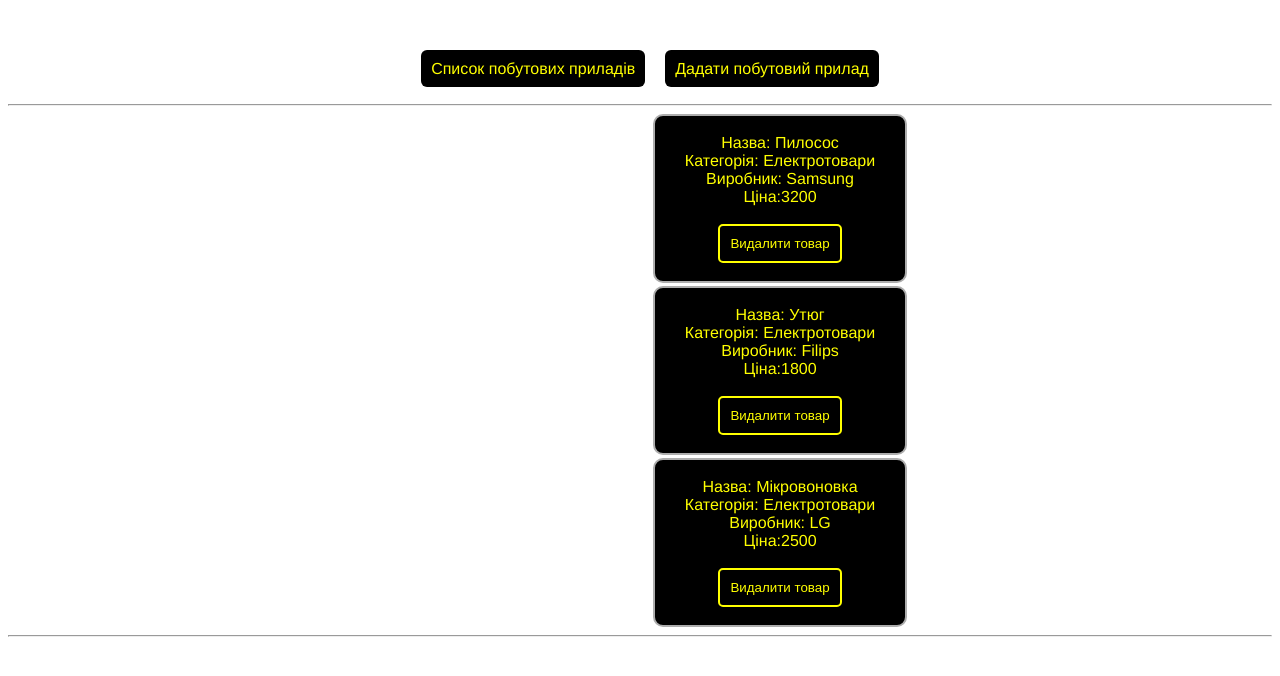
Repository: KYUUBI-K/Labs-from-2-course-
Page: /#/ (app in mkr2-v5/)
These files come from the project's save history. The page is drawn as it stood at one moment and after the next save; the edit follows.
The browser window is 1280 px wide. The pictures show the whole page.
The project was rebuilt for these pictures with package versions that can differ from the ones it lists, and the page was loaded fresh each time. Also part of the build but not shown: mkr2-v5/src/pages/AddHouseholdGoods/index.vue, mkr2-v5/src/pages/FilterHouseholdGoods/index.vue.

Above is the page before, as saved 2021-12-21 11:43:33.

After the next save:
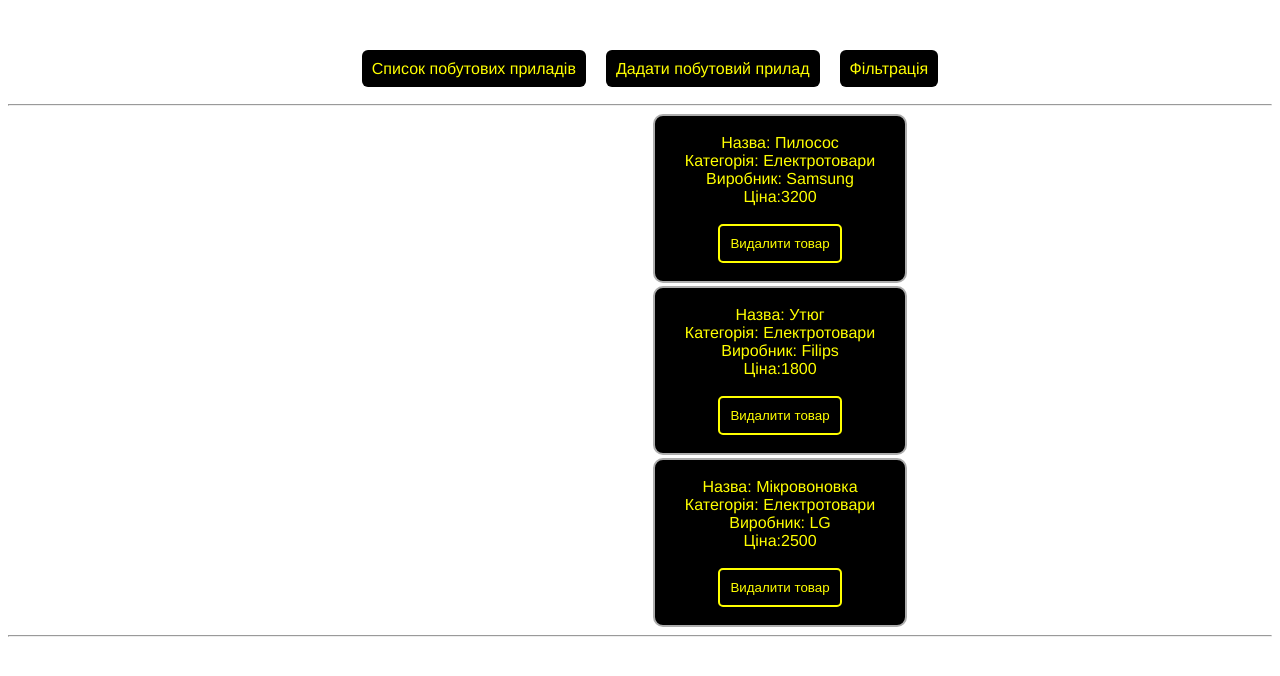
Saved 89 s later.
--- a/mkr2-v5/src/App.vue
+++ b/mkr2-v5/src/App.vue
@@ -3,6 +3,7 @@
     <div class="menu">
       <router-link to="/" class="pages">Список побутових приладів</router-link>
       <router-link to="/addHouseholdGoods" class="pages">Дадати побутовий прилад</router-link>
+      <router-link to="/filterHouseholdGoods" class="pages">Фільтрація</router-link>
     </div>
     <br>
     <hr>
